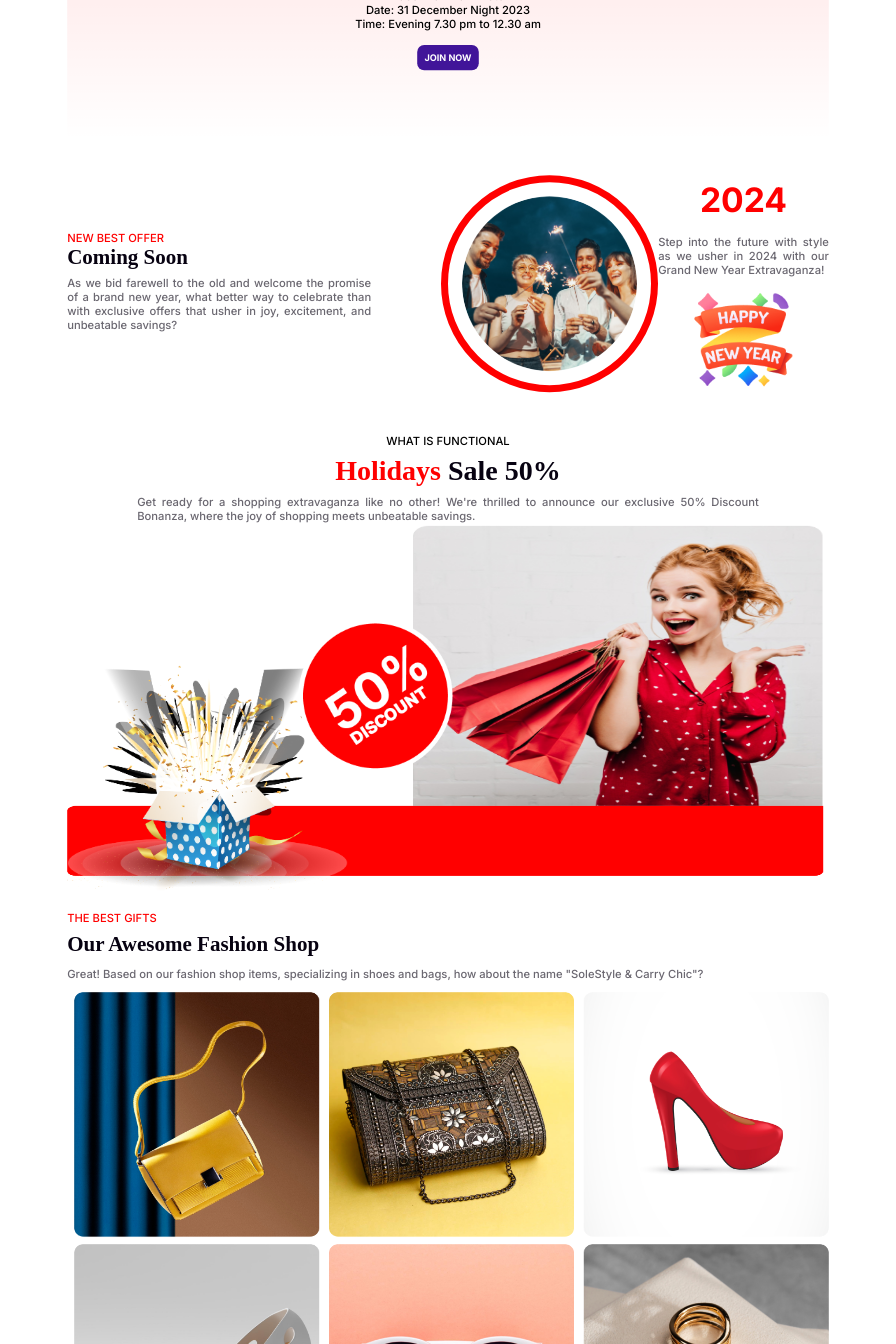
Repository: sumonkumarsarkar/new-year-2024
Page: index.html
An editor plug-in stored every save of this project. The page is shown before and after the next save, followed by the edit.
The browser window is 1280 px wide. The pictures show the part of the page from y = 2026 to 3946 px (the page is 5357 px tall before and 5346 px after), at 70% of full size.

Above is the page before, as saved 2024-01-08 21:41:25.

After the next save:
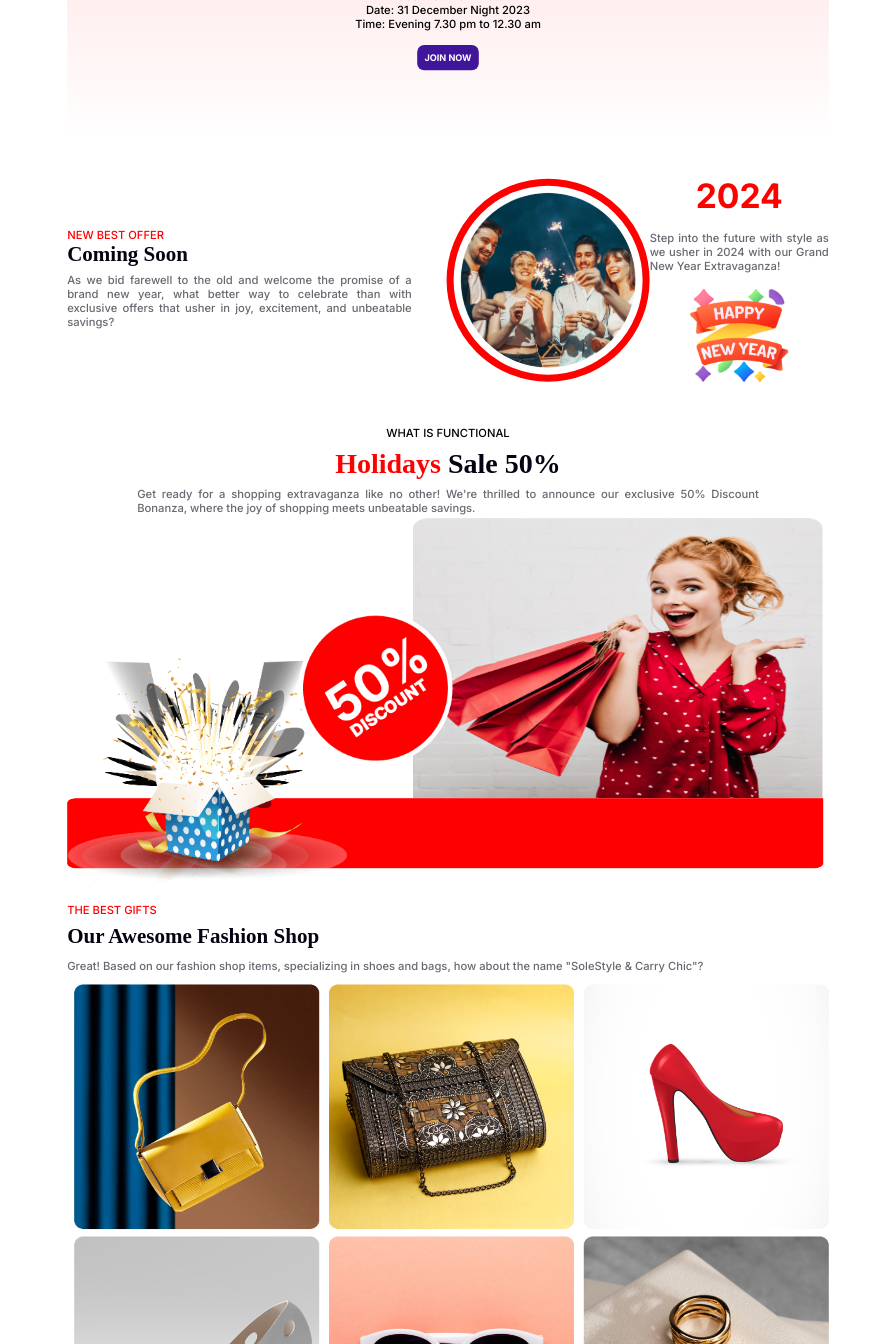
Saved 31 s later.
--- a/style.css
+++ b/style.css
@@ -231,14 +231,14 @@ font-family: Inter;
 font-size: 16px;
 font-style: normal;
 font-weight: 400;
-padding: 10px 100px 10px 0px;
+padding: 10px 50px 10px 0px;
 text-align: justify;
 
 }
 .offer-img img{
 border-radius:200px;
-border: 10px solid #F00;
-padding:20px;
+border:10px solid #F00;
+padding:10px;
 width: 250px;
 
 }
